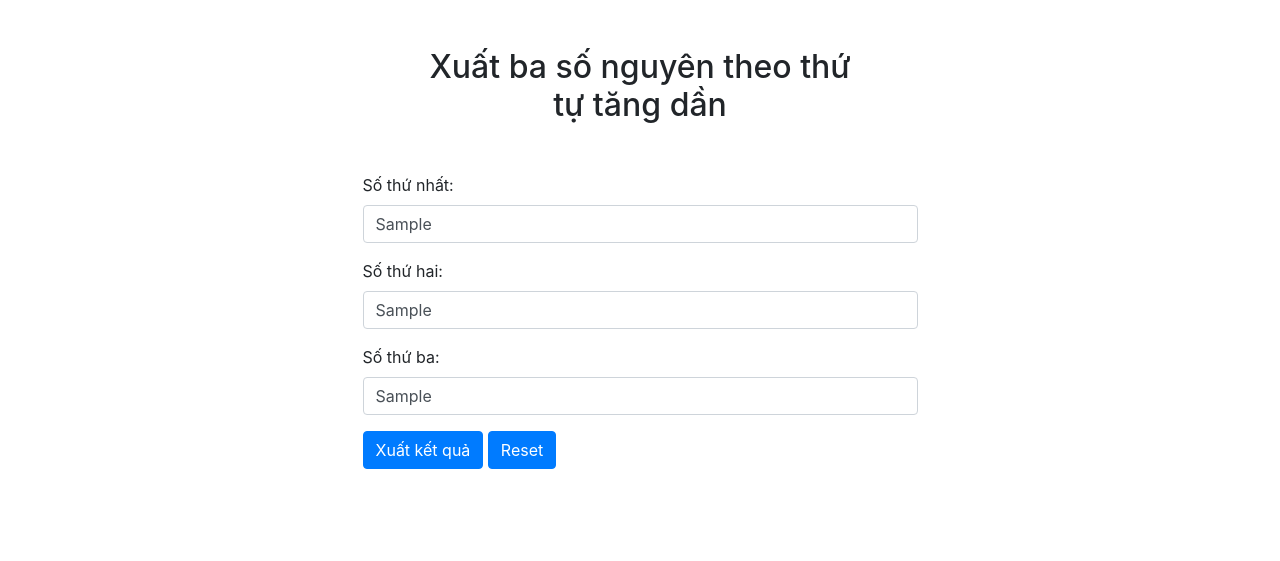
Repository: dovanthao2404/BC14_BaiTap_JS_Buoi_4_dovanthao
Page: html/bai1.html
The author's editor kept a copy of each file at every save. The page is drawn from the files as they stood at one save, then again after a run of saves.
The browser window is 1280 px wide. The pictures show the whole page.
Empty fields were first filled with sample values (such as "Sample", 5 or name@example.com).
After loading, the first visible `#xuatKetQua` was clicked once.

Above is the page before, as saved 2021-07-02 01:41:20.
Console error: ReferenceError: xapXepTangDan is not defined

After the next 2 saves:
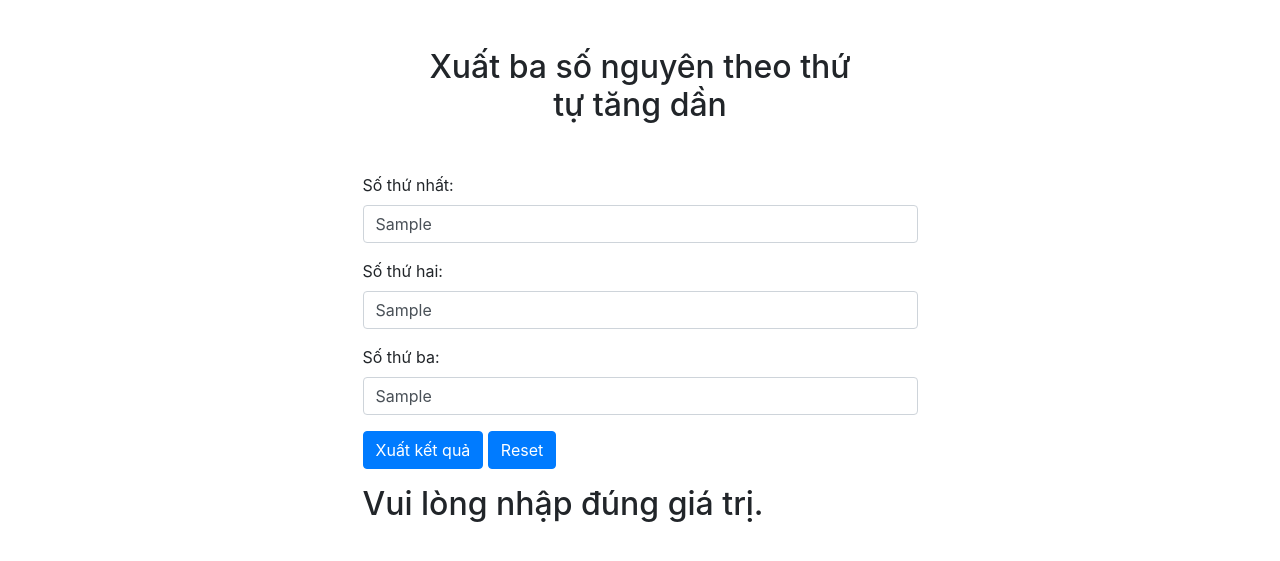
The error is gone.
The 2 saves are shown as one change because they came seconds apart.
The last was saved 12 s later.
--- a/js/bai1.js
+++ b/js/bai1.js
@@ -1,4 +1,4 @@
-function xulYSapXepTangDan() {
+function xuLySapXepTangDan() {
   var a = +document.getElementById('number-1').value;
   var b = +document.getElementById('number-2').value;
   var c = +document.getElementById('number-3').value;
@@ -27,7 +27,7 @@ function xulYSapXepTangDan() {
 }
 
 document.getElementById('xuatKetQua').addEventListener('click', function () {
-  xapXepTangDan();
+  xuLySapXepTangDan();
 })
 
 function xuatKetQua(min, mid, max) {
